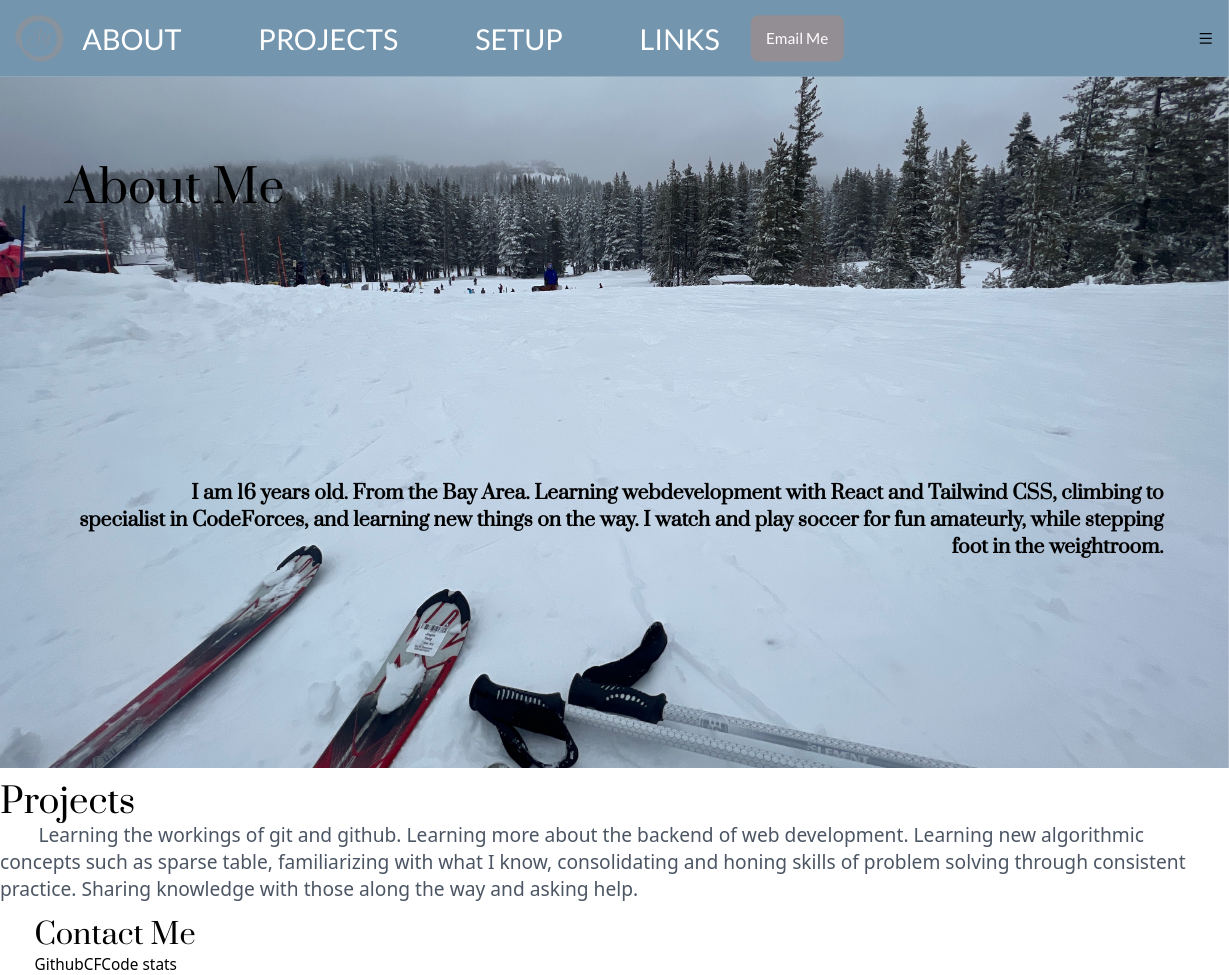
Repository: joshuayanggithub/joshua-yang-website
Page: /
The author's editor kept a copy of each file at every save. The page is drawn from the files as they stood at one save, then again after the next save.
The browser window is 1280 px wide. The pictures show the whole page, at 96% of full size.
Some web fonts or font styles are not loaded; a fallback is used. The project was rebuilt for these pictures with package versions that can differ from the ones it lists, and the page was loaded fresh each time.

Above is the page before, as saved 2023-01-09 12:11:10.

After the next save:
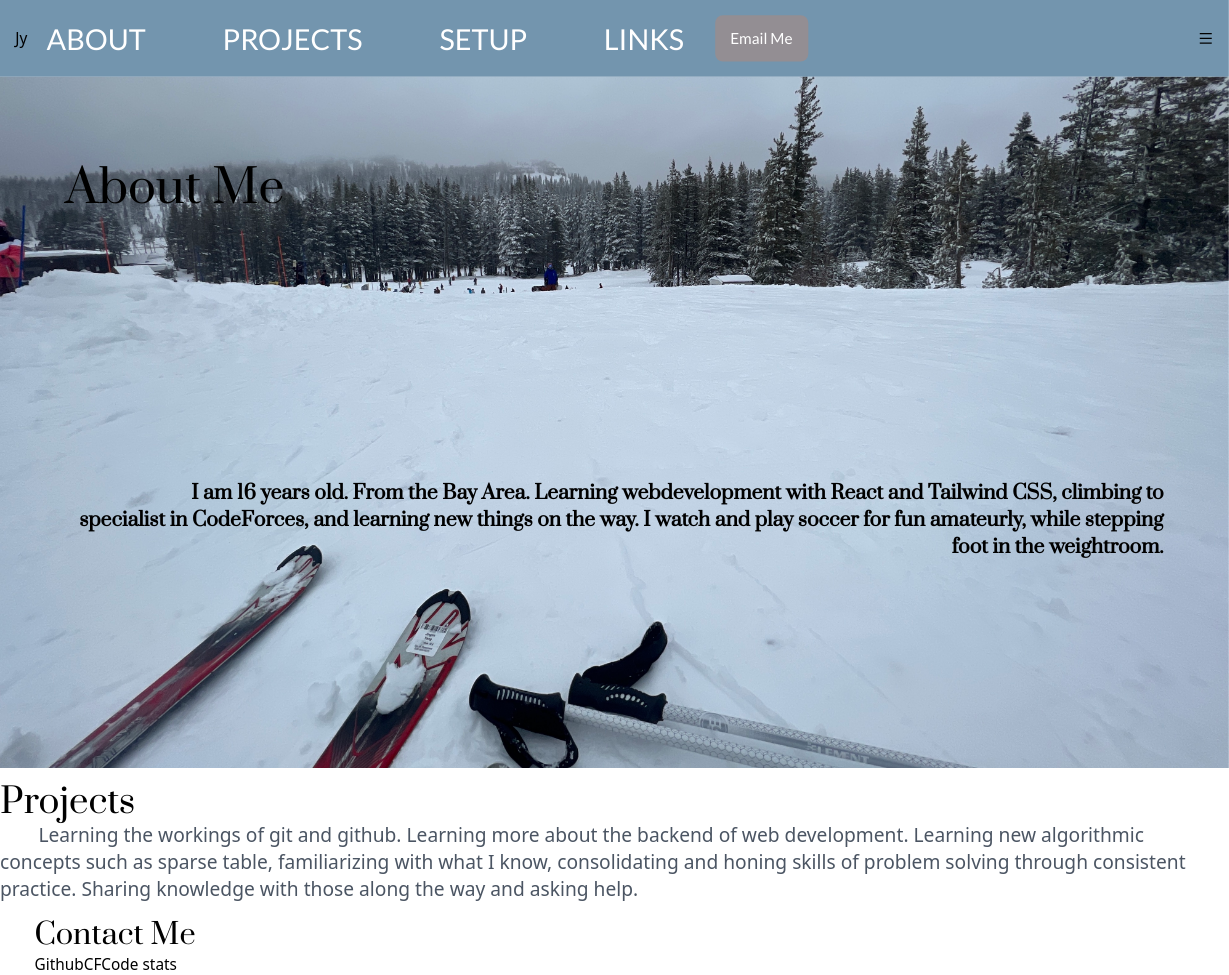
Saved 22 s later.
--- a/src/components/NavBar.jsx
+++ b/src/components/NavBar.jsx
@@ -28,7 +28,7 @@ const NavBar = () => {
     <div class="md:flex flex-row bg-sasskyblue w-full justify-between items-center h-20 mr-auto px-4">
 
       <div class="hidden md:flex items-center w-full">
-        <img src="/imgs/logo-no-background.png" class="h-14 object-contain width-auto "></img>
+        <h1>Jy</h1>
         {/*rounded-full transition-shadow ease-in-out duration-300 shadow-none hover:shadow-2xl*/}
         <ul class="hidden md:flex gap-10">
           {
